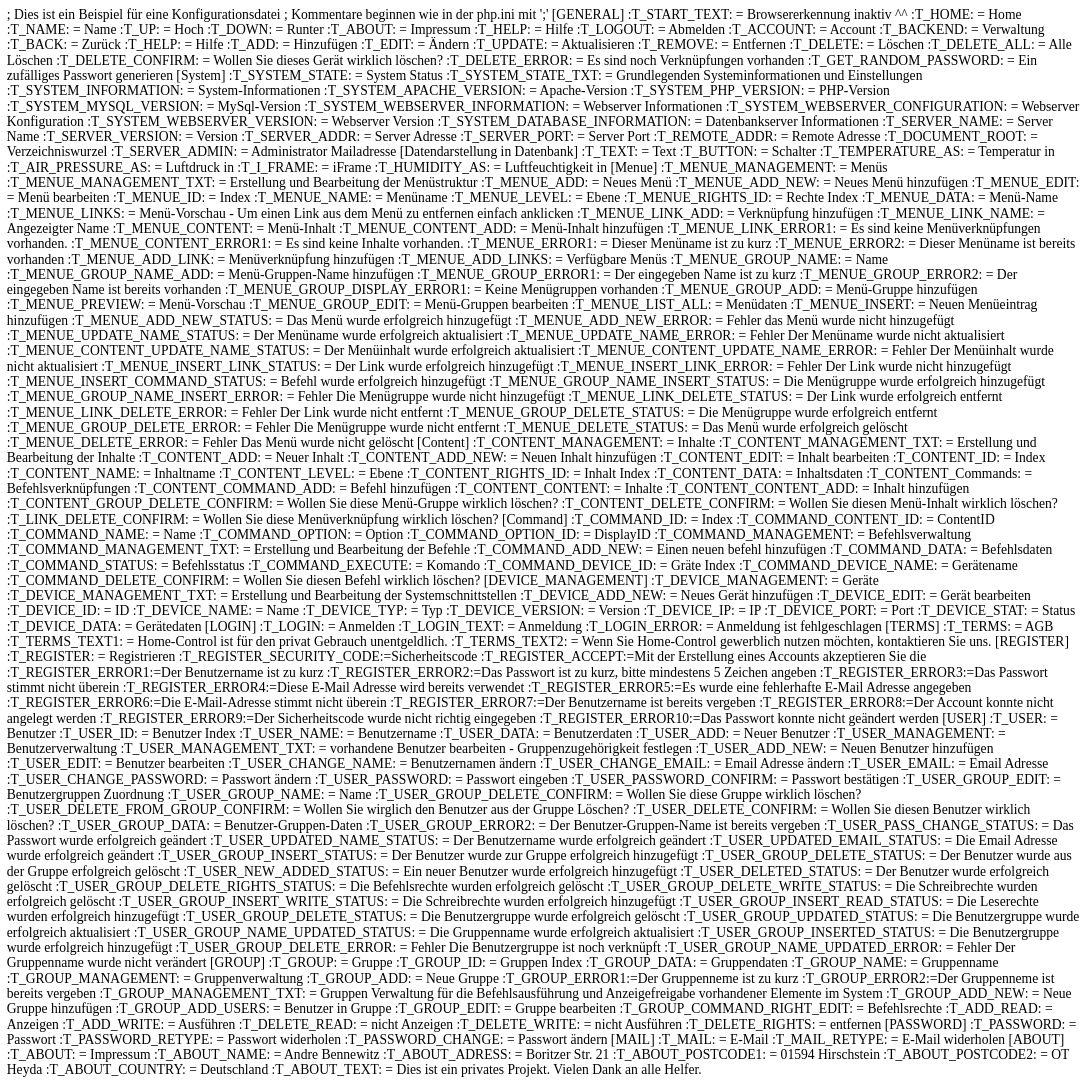
Repository: 0xF3ERROR/Home-Control
Page: http://localhost/language/lang_Ger.php
The author's editor kept a copy of each file at every save. The page is drawn from the files as they stood at one save, then again after the next save.
The browser window is 1280 px wide. The pictures show the whole page, at 85% of full size.
The page is run by PHP 8.4 with error messages shown; the project is at /var/www/html/.

Above is the page before, as saved 2012-09-17 20:54:23.

### Source/language/lang_Ger.php
; Dies ist ein Beispiel für eine Konfigurationsdatei
; Kommentare beginnen wie in der php.ini mit ';'


[GENERAL]
:T_START_TEXT: = Browsererkennung inaktiv ^^
:T_HOME: = Home
:T_NAME: = Name
:T_UP: = Hoch
:T_DOWN: = Runter
:T_ABOUT: = Impressum
:T_HELP: = Hilfe
:T_LOGOUT: = Abmelden
:T_ACCOUNT: = Account
:T_BACKEND: = Verwaltung
:T_BACK: = Zurück
:T_HELP: = Hilfe
:T_ADD: = Hinzufügen
:T_EDIT: = Ändern
:T_UPDATE: = Aktualisieren
:T_REMOVE: = Entfernen
:T_DELETE: = Löschen
:T_DELETE_ALL: = Alle Löschen
:T_DELETE_CONFIRM: = Wollen Sie dieses Gerät wirklich löschen?
:T_DELETE_ERROR: = Es sind noch Verknüpfungen vorhanden
:T_GET_RANDOM_PASSWORD: = Ein zufälliges Passwort generieren


[System]
:T_SYSTEM_STATE: = System Status
:T_SYSTEM_STATE_TXT: = Grundlegenden Systeminformationen und Einstellungen
:T_SYSTEM_INFORMATION: = System-Informationen
:T_SYSTEM_APACHE_VERSION: = Apache-Version
:T_SYSTEM_PHP_VERSION: = PHP-Version
:T_SYSTEM_MYSQL_VERSION: = MySql-Version
:T_SYSTEM_WEBSERVER_INFORMATION: = Webserver Informationen
:T_SYSTEM_WEBSERVER_CONFIGURATION: = Webserver Konfiguration
:T_SYSTEM_WEBSERVER_VERSION: = Webserver Version
:T_SYSTEM_DATABASE_INFORMATION: = Datenbankserver Informationen
:T_SERVER_NAME: = Server Name
:T_SERVER_VERSION: = Version
:T_SERVER_ADDR: = Server Adresse
:T_SERVER_PORT: = Server Port
:T_REMOTE_ADDR: = Remote Adresse
:T_DOCUMENT_ROOT: = Verzeichniswurzel
:T_SERVER_ADMIN: = Administrator Mailadresse





[Datendarstellung in Datenbank]
:T_TEXT: = Text
:T_BUTTON: = Schalter
:T_TEMPERATURE_AS: = Temperatur in
:T_AIR_PRESSURE_AS: = Luftdruck in
:T_I_FRAME: = iFrame
:T_HUMIDITY_AS: = Luftfeuchtigkeit in



[Menue]
:T_MENUE_MANAGEMENT: = Menüs
:T_MENUE_MANAGEMENT_TXT: = Erstellung und Bearbeitung der Menüstruktur
:T_MENUE_ADD: = Neues Menü
:T_MENUE_ADD_NEW: = Neues Menü hinzufügen
:T_MENUE_EDIT: = Menü bearbeiten
:T_MENUE_ID: = Index
:T_MENUE_NAME: = Menüname
:T_MENUE_LEVEL: = Ebene
:T_MENUE_RIGHTS_ID: = Rechte Index
:T_MENUE_DATA: = Menü-Name
:T_MENUE_LINKS: = Menü-Vorschau - Um einen Link aus dem Menü zu entfernen einfach anklicken
:T_MENUE_LINK_ADD: = Verknüpfung hinzufügen
:T_MENUE_LINK_NAME: = Angezeigter Name
:T_MENUE_CONTENT: = Menü-Inhalt
:T_MENUE_CONTENT_ADD: = Menü-Inhalt hinzufügen
:T_MENUE_LINK_ERROR1: = Es sind keine Menüverknüpfungen vorhanden.
:T_MENUE_CONTENT_ERROR1: = Es sind keine Inhalte vorhanden.
:T_MENUE_ERROR1: = Dieser Menüname ist zu kurz
:T_MENUE_ERROR2: = Dieser Menüname ist bereits vorhanden
:T_MENUE_ADD_LINK: = Menüverknüpfung hinzufügen
:T_MENUE_ADD_LINKS: = Verfügbare Menüs
:T_MENUE_GROUP_NAME: = Name
:T_MENUE_GROUP_NAME_ADD: = Menü-Gruppen-Name hinzufügen
:T_MENUE_GROUP_ERROR1: = Der eingegeben Name ist zu kurz
:T_MENUE_GROUP_ERROR2: = Der eingegeben Name ist bereits vorhanden
:T_MENUE_GROUP_DISPLAY_ERROR1: = Keine Menügruppen vorhanden
:T_MENUE_GROUP_ADD: = Menü-Gruppe hinzufügen
:T_MENUE_PREVIEW: = Menü-Vorschau
:T_MENUE_GROUP_EDIT: = Menü-Gruppen bearbeiten
:T_MENUE_LIST_ALL: = Menüdaten
:T_MENUE_INSERT: = Neuen Menüeintrag hinzufügen
:T_MENUE_ADD_NEW_STATUS: = Das Menü wurde erfolgreich hinzugefügt
:T_MENUE_ADD_NEW_ERROR: = Fehler das Menü wurde nicht hinzugefügt
:T_MENUE_UPDATE_NAME_STATUS: = Der Menüname wurde erfolgreich aktualisiert
:T_MENUE_UPDATE_NAME_ERROR: = Fehler Der Menüname wurde nicht aktualisiert
:T_MENUE_CONTENT_UPDATE_NAME_STATUS: = Der Menüinhalt wurde erfolgreich aktualisiert
:T_MENUE_CONTENT_UPDATE_NAME_ERROR: = Fehler Der Menüinhalt wurde nicht aktualisiert
:T_MENUE_INSERT_LINK_STATUS: = Der Link wurde erfolgreich hinzugefügt
:T_MENUE_INSERT_LINK_ERROR: = Fehler Der Link wurde nicht hinzugefügt
:T_MENUE_INSERT_COMMAND_STATUS: = Befehl wurde erfolgreich hinzugefügt
:T_MENUE_GROUP_NAME_INSERT_STATUS: = Die Menügruppe wurde erfolgreich hinzugefügt
:T_MENUE_GROUP_NAME_INSERT_ERROR: = Fehler Die Menügruppe wurde nicht hinzugefügt
:T_MENUE_LINK_DELETE_STATUS: = Der Link wurde erfolgreich entfernt
:T_MENUE_LINK_DELETE_ERROR: = Fehler Der Link wurde nicht entfernt
:T_MENUE_GROUP_DELETE_STATUS: = Die Menügruppe wurde erfolgreich entfernt
:T_MENUE_GROUP_DELETE_ERROR: = Fehler Die Menügruppe wurde nicht entfernt
:T_MENUE_DELETE_STATUS: = Das Menü wurde erfolgreich gelöscht
:T_MENUE_DELETE_ERROR: = Fehler Das Menü wurde nicht gelöscht



[Content]
:T_CONTENT_MANAGEMENT: = Inhalte
:T_CONTENT_MANAGEMENT_TXT: = Erstellung und Bearbeitung der Inhalte
:T_CONTENT_ADD: = Neuer Inhalt
:T_CONTENT_ADD_NEW: = Neuen Inhalt hinzufügen
:T_CONTENT_EDIT: = Inhalt bearbeiten
:T_CONTENT_ID: = Index
:T_CONTENT_NAME: = Inhaltname
:T_CONTENT_LEVEL: = Ebene
:T_CONTENT_RIGHTS_ID: = Inhalt Index
:T_CONTENT_DATA: = Inhaltsdaten
:T_CONTENT_Commands: = Befehlsverknüpfungen
:T_CONTENT_COMMAND_ADD: = Befehl hinzufügen
:T_CONTENT_CONTENT: = Inhalte
:T_CONTENT_CONTENT_ADD: = Inhalt hinzufügen
:T_CONTENT_GROUP_DELETE_CONFIRM: = Wollen Sie diese Menü-Gruppe wirklich löschen?
:T_CONTENT_DELETE_CONFIRM: = Wollen Sie diesen Menü-Inhalt wirklich löschen?
:T_LINK_DELETE_CONFIRM: = Wollen Sie diese Menüverknüpfung wirklich löschen?



[Command]
:T_COMMAND_ID: = Index
:T_COMMAND_CONTENT_ID: = ContentID
:T_COMMAND_NAME: = Name
:T_COMMAND_OPTION: = Option
:T_COMMAND_OPTION_ID: = DisplayID
:T_COMMAND_MANAGEMENT: = Befehlsverwaltung
:T_COMMAND_MANAGEMENT_TXT: = Erstellung und Bearbeitung der Befehle
:T_COMMAND_ADD_NEW: = Einen neuen befehl hinzufügen
:T_COMMAND_DATA: = Befehlsdaten
:T_COMMAND_STATUS: = Befehlsstatus
:T_COMMAND_EXECUTE: = Komando
:T_COMMAND_DEVICE_ID: = Gräte Index
:T_COMMAND_DEVICE_NAME: = Gerätename
:T_COMMAND_DELETE_CONFIRM: = Wollen Sie diesen Befehl wirklich löschen?


[DEVICE_MANAGEMENT]
:T_DEVICE_MANAGEMENT: = Geräte
:T_DEVICE_MANAGEMENT_TXT: = Erstellung und Bearbeitung der Systemschnittstellen
:T_DEVICE_ADD_NEW: = Neues Gerät hinzufügen
:T_DEVICE_EDIT: = Gerät bearbeiten
:T_DEVICE_ID: = ID
:T_DEVICE_NAME: = Name
:T_DEVICE_TYP: = Typ
:T_DEVICE_VERSION: = Version
:T_DEVICE_IP: = IP
:T_DEVICE_PORT: = Port
:T_DEVICE_STAT: = Status
:T_DEVICE_DATA: = Gerätedaten


[LOGIN]
:T_LOGIN: = Anmelden
:T_LOGIN_TEXT: = Anmeldung
:T_LOGIN_ERROR: = Anmeldung ist fehlgeschlagen


[TERMS]
:T_TERMS: = AGB
:T_TERMS_TEXT1: = Home-Control ist für den privat Gebrauch unentgeldlich.
:T_TERMS_TEXT2: = Wenn Sie Home-Control gewerblich nutzen möchten, kontaktieren Sie uns.


[REGISTER]
:T_REGISTER: = Registrieren
:T_REGISTER_SECURITY_CODE:=Sicherheitscode
:T_REGISTER_ACCEPT:=Mit der Erstellung eines Accounts akzeptieren Sie die
:T_REGISTER_ERROR1:=Der Benutzername ist zu kurz
:T_REGISTER_ERROR2:=Das Passwort ist zu kurz, bitte mindestens 5 Zeichen angeben
:T_REGISTER_ERROR3:=Das Passwort stimmt nicht überein
:T_REGISTER_ERROR4:=Diese E-Mail Adresse wird bereits verwendet
:T_REGISTER_ERROR5:=Es wurde eine fehlerhafte E-Mail Adresse angegeben
:T_REGISTER_ERROR6:=Die E-Mail-Adresse stimmt nicht überein
:T_REGISTER_ERROR7:=Der Benutzername ist bereits vergeben
:T_REGISTER_ERROR8:=Der Account konnte nicht angelegt werden
:T_REGISTER_ERROR9:=Der Sicherheitscode wurde nicht richtig eingegeben
:T_REGISTER_ERROR10:=Das Passwort konnte nicht geändert werden


[USER]
:T_USER: = Benutzer
:T_USER_ID: = Benutzer Index
:T_USER_NAME: = Benutzername
:T_USER_DATA: = Benutzerdaten
:T_USER_ADD: = Neuer Benutzer
:T_USER_MANAGEMENT: = Benutzerverwaltung
:T_USER_MANAGEMENT_TXT: = vorhandene Benutzer bearbeiten - Gruppenzugehörigkeit festlegen
:T_USER_ADD_NEW: = Neuen Benutzer hinzufügen
:T_USER_EDIT: = Benutzer bearbeiten
:T_USER_CHANGE_NAME: = Benutzernamen ändern
:T_USER_CHANGE_EMAIL: = Email Adresse ändern
:T_USER_EMAIL: = Email Adresse
:T_USER_CHANGE_PASSWORD: = Passwort ändern
:T_USER_PASSWORD: = Passwort eingeben
:T_USER_PASSWORD_CONFIRM: = Passwort bestätigen
:T_USER_GROUP_EDIT: = Benutzergruppen Zuordnung
:T_USER_GROUP_NAME: = Name
:T_USER_GROUP_DELETE_CONFIRM: = Wollen Sie diese Gruppe wirklich löschen?
:T_USER_DELETE_FROM_GROUP_CONFIRM: = Wollen Sie wirglich den Benutzer aus der Gruppe Löschen?
:T_USER_DELETE_CONFIRM: = Wollen Sie diesen Benutzer wirklich löschen?
:T_USER_GROUP_DATA: = Benutzer-Gruppen-Daten
:T_USER_GROUP_ERROR2: = Der Benutzer-Gruppen-Name ist bereits vergeben


:T_USER_PASS_CHANGE_STATUS: = Das Passwort wurde erfolgreich geändert
:T_USER_UPDATED_NAME_STATUS: = Der Benutzername wurde erfolgreich geändert
:T_USER_UPDATED_EMAIL_STATUS: = Die Email Adresse wurde erfolgreich geändert

:T_USER_GROUP_INSERT_STATUS: = Der Benutzer wurde zur Gruppe erfolgreich hinzugefügt
:T_USER_GROUP_DELETE_STATUS: = Der Benutzer wurde aus der Gruppe erfolgreich gelöscht
:T_USER_NEW_ADDED_STATUS: = Ein neuer Benutzer wurde erfolgreich hinzugefügt
:T_USER_DELETED_STATUS: = Der Benutzer wurde erfolgreich gelöscht

:T_USER_GROUP_DELETE_RIGHTS_STATUS: = Die Befehlsrechte wurden erfolgreich gelöscht
:T_USER_GROUP_DELETE_WRITE_STATUS: = Die Schreibrechte wurden erfolgreich gelöscht
:T_USER_GROUP_INSERT_WRITE_STATUS: = Die Schreibrechte wurden erfolgreich hinzugefügt
:T_USER_GROUP_INSERT_READ_STATUS: = Die Leserechte wurden erfolgreich hinzugefügt
:T_USER_GROUP_DELETE_STATUS: = Die Benutzergruppe wurde erfolgreich gelöscht
:T_USER_GROUP_UPDATED_STATUS: = Die Benutzergruppe wurde erfolgreich aktualisiert
:T_USER_GROUP_NAME_UPDATED_STATUS: = Die Gruppenname wurde erfolgreich aktualisiert
:T_USER_GROUP_INSERTED_STATUS: = Die Benutzergruppe wurde erfolgreich hinzugefügt
:T_USER_GROUP_DELETE_ERROR: = Fehler Die Benutzergruppe ist noch verknüpft
:T_USER_GROUP_NAME_UPDATED_ERROR: = Fehler Der Gruppenname wurde nicht verändert




[GROUP]
:T_GROUP: = Gruppe
:T_GROUP_ID: = Gruppen Index
:T_GROUP_DATA: = Gruppendaten
:T_GROUP_NAME: = Gruppenname
:T_GROUP_MANAGEMENT: = Gruppenverwaltung
:T_GROUP_ADD: = Neue Gruppe
:T_GROUP_ERROR1:=Der Gruppenneme ist zu kurz
:T_GROUP_ERROR2:=Der Gruppenneme ist bereits vergeben
:T_GROUP_MANAGEMENT_TXT: = Gruppen Verwaltung für die Befehlsausführung und Anzeigefreigabe vorhandener Elemente im System
:T_GROUP_ADD_NEW: = Neue Gruppe hinzufügen
:T_GROUP_ADD_USERS: = Benutzer in Gruppe
:T_GROUP_EDIT: = Gruppe bearbeiten
:T_GROUP_COMMAND_RIGHT_EDIT: = Befehlsrechte
:T_ADD_READ: = Anzeigen
:T_ADD_WRITE: = Ausführen
:T_DELETE_READ: = nicht Anzeigen
:T_DELETE_WRITE: = nicht Ausführen
:T_DELETE_RIGHTS: = entfernen

[PASSWORD]
:T_PASSWORD: = Passwort
:T_PASSWORD_RETYPE: = Passwort widerholen
:T_PASSWORD_CHANGE: = Passwort ändern


[MAIL]
:T_MAIL: = E-Mail
:T_MAIL_RETYPE: = E-Mail widerholen


[ABOUT]
:T_ABOUT: = Impressum
:T_ABOUT_NAME: = Andre Bennewitz
:T_ABOUT_ADRESS: = Boritzer Str. 21
:T_ABOUT_POSTCODE1: = 01594 Hirschstein
:T_ABOUT_POSTCODE2: = OT Heyda
:T_ABOUT_COUNTRY: = Deutschland
:T_ABOUT_TEXT: = Dies ist ein privates Projekt. Vielen Dank an alle Helfer.

After the next save:
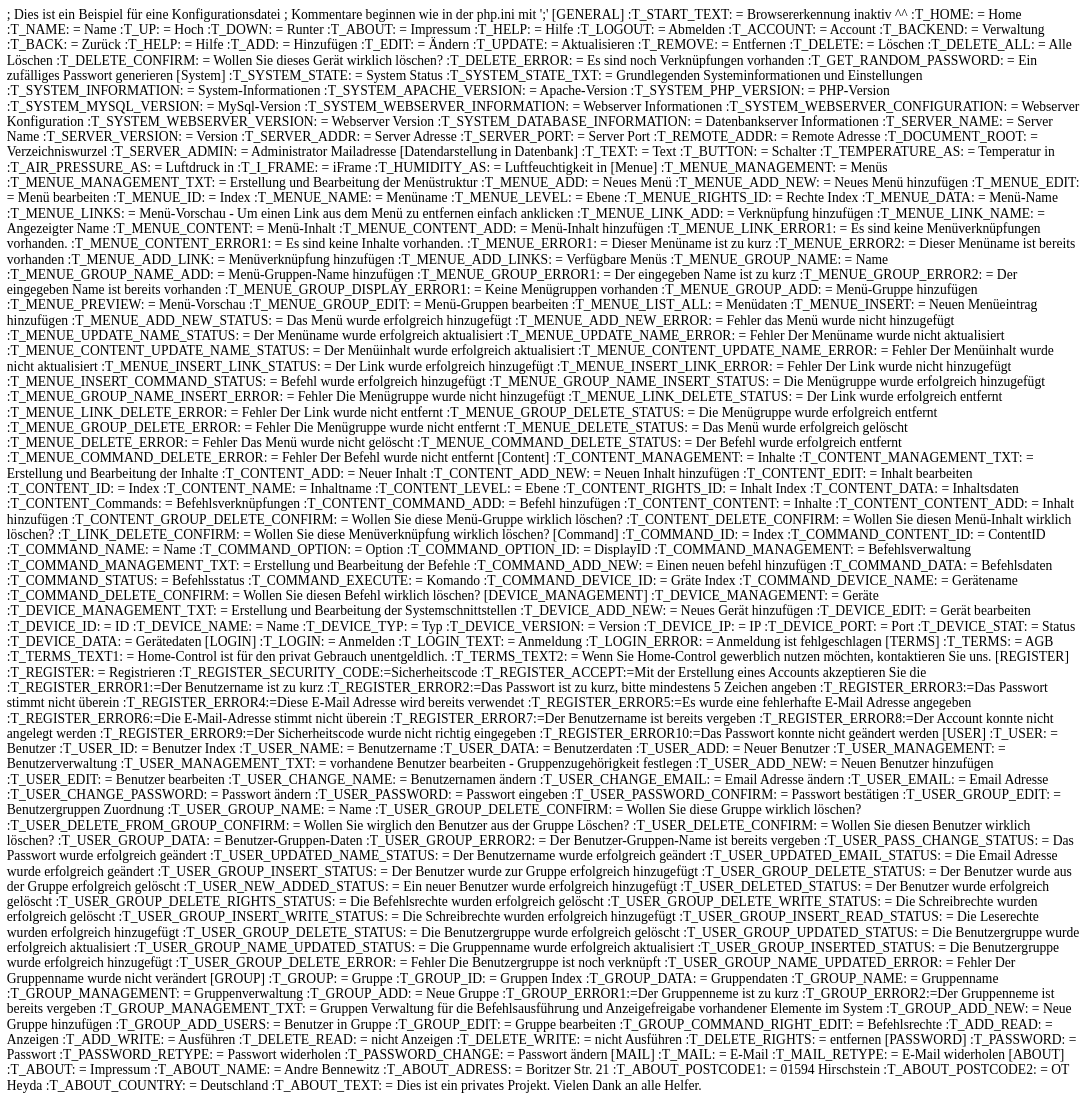
Saved 102 s later.
--- a/Source/language/lang_Ger.php
+++ b/Source/language/lang_Ger.php
@@ -108,7 +108,8 @@
 :T_MENUE_GROUP_DELETE_ERROR: = Fehler Die Menügruppe wurde nicht entfernt
 :T_MENUE_DELETE_STATUS: = Das Menü wurde erfolgreich gelöscht
 :T_MENUE_DELETE_ERROR: = Fehler Das Menü wurde nicht gelöscht
-
+:T_MENUE_COMMAND_DELETE_STATUS: = Der Befehl wurde erfolgreich entfernt
+:T_MENUE_COMMAND_DELETE_ERROR: = Fehler Der Befehl wurde nicht entfernt
 
 
 [Content]
